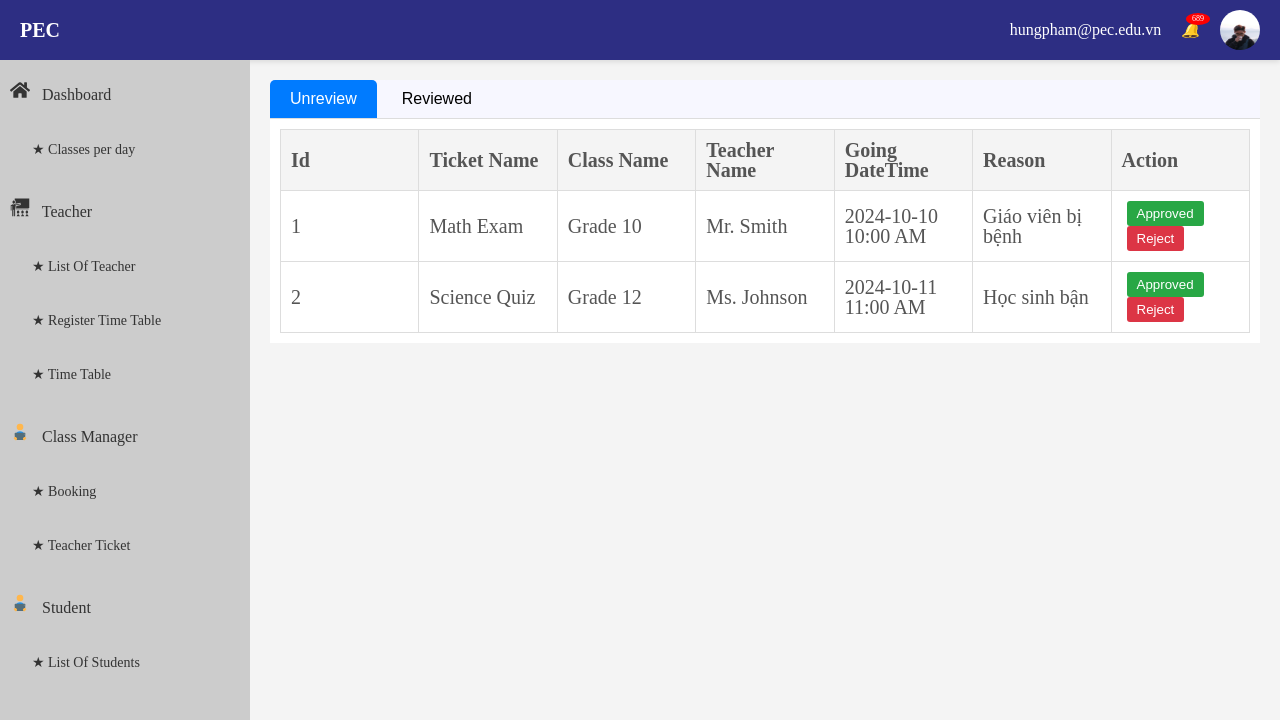
Repository: BitDanceLabels/Bumblebee_BDG
Page: /ticket
An editor plug-in stored every save of this project. The page is shown before and after the next save, followed by the edit.
The browser window is 1280 px wide. The pictures show the whole page.
An inner scrolling area shows only its first screen. The project was rebuilt for these pictures with package versions that can differ from the ones it lists, and the page was loaded fresh each time. Also part of the build but not shown: vite.config.js, src/components/Dashboard/ScheduleComponent.jsx, src/components/Management/Booking.jsx, src/components/modal/CreateStudentModal.jsx, src/components/Student/ListOfStudent.jsx, src/components/modal/CreateTeacherModal.jsx, src/components/Teacher/TeacherTable.jsx, src/components/Teacher/ListOfTeacher.jsx and 16 more. Imported but missing from the stored project, and not drawn on this page: src/components/modal/DeactiveStudentModal.

Above is the page before, as saved 2024-10-07 13:56:35.

After the next save:
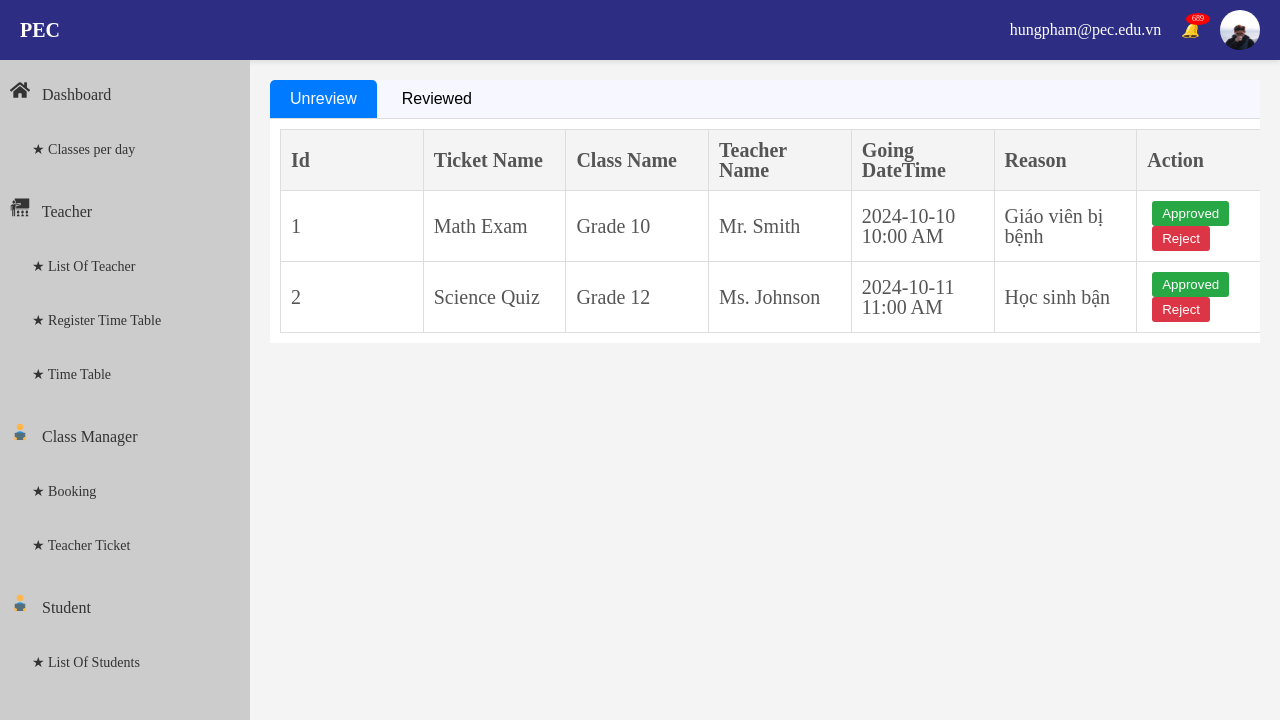
Saved 12 s later.
--- a/src/components/Management/ListTicketUnReview.jsx
+++ b/src/components/Management/ListTicketUnReview.jsx
@@ -13,7 +13,7 @@ const TableContainer = styled.div`
 `
 
 const Table = styled.table`
-  width: 100%;
+  width: 1000px; /* Đặt chiều rộng lớn hơn để đảm bảo thanh cuộn ngang xuất hiện */
   border-collapse: collapse;
   table-layout: fixed;
 `
